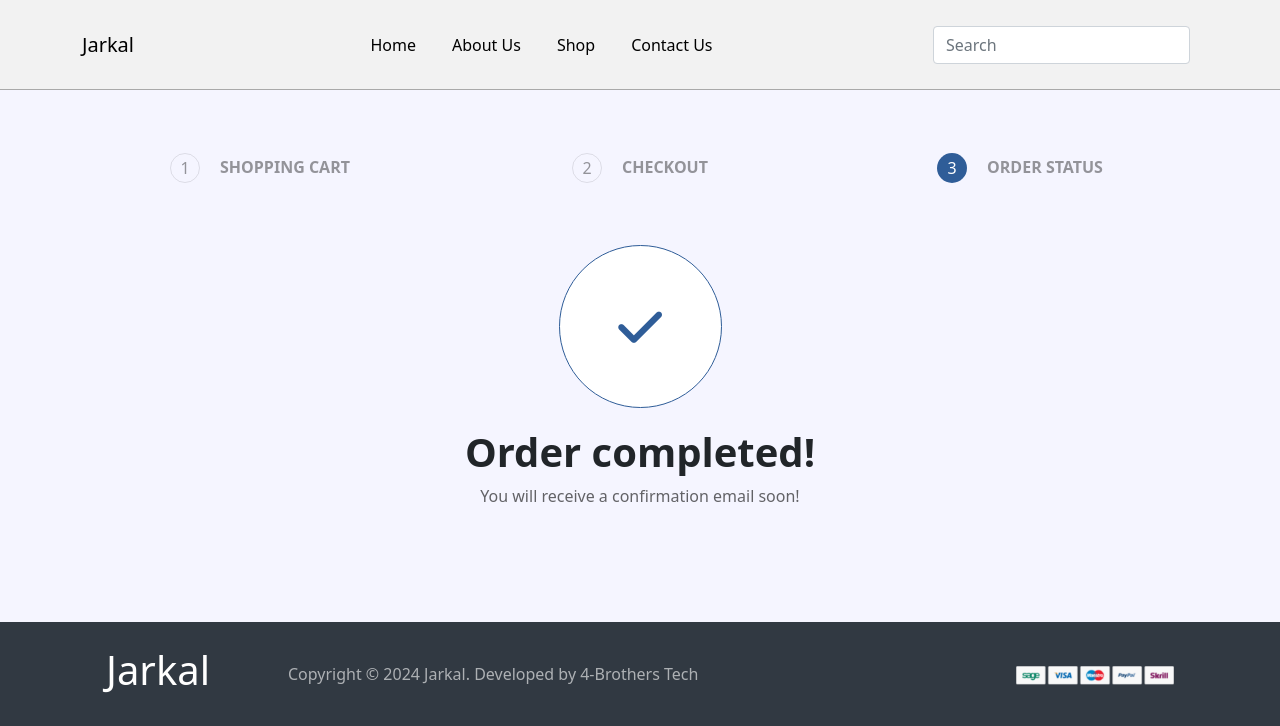
Repository: ZainAkbar51214/jarka
Page: order-status.html
The author's editor kept a copy of each file at every save. The page is drawn from the files as they stood at one save, then again after the next save.
The browser window is 1280 px wide. The pictures show the whole page.
Some web libraries are served in a nearby version.

Above is the page before, as saved 2024-06-13 00:29:48.
Console error: TypeError: Cannot read properties of null (reading 'getElementsByTagName')

### order-status.html
<!DOCTYPE html>
<html lang="en">
<head>
    <meta charset="UTF-8">
    <meta name="viewport" content="width=device-width, initial-scale=1.0">
    <title>Order Status</title>
     <!-- jquery cdn -->
     <script src="https://ajax.googleapis.com/ajax/libs/jquery/3.2.1/jquery.min.js"></script>

     <!-- Bootstrap cdn -->
     <link href="https://cdn.jsdelivr.net/npm/bootstrap@5.0.2/dist/css/bootstrap.min.css" rel="stylesheet"
         integrity="sha384-EVSTQN3/azprG1Anm3QDgpJLIm9Nao0Yz1ztcQTwFspd3yD65VohhpuuCOmLASjC" crossorigin="anonymous">

     <!-- Fontawesome cdn -->
     <link rel="stylesheet" href="https://cdnjs.cloudflare.com/ajax/libs/font-awesome/6.4.0/css/all.min.css"
         integrity="sha512-iecdLmaskl7CVkqkXNQ/ZH/XLlvWZOJyj7Yy7tcenmpD1ypASozpmT/E0iPtmFIB46ZmdtAc9eNBvH0H/ZpiBw=="
         crossorigin="anonymous" referrerpolicy="no-referrer" />
     <!-- custom css -->
     <link rel="stylesheet" href="css/style.css">
     <!-- responsive css -->
     <link rel="stylesheet" href="css/responsive.css">

     <!-- slider  -->
     <link rel="stylesheet" href="https://cdnjs.cloudflare.com/ajax/libs/slick-carousel/1.8.1/slick-theme.css"
         integrity="sha512-6lLUdeQ5uheMFbWm3CP271l14RsX1xtx+J5x2yeIDkkiBpeVTNhTqijME7GgRKKi6hCqovwCoBTlRBEC20M8Mg=="
         crossorigin="anonymous" referrerpolicy="no-referrer" />
     <link rel="stylesheet" href="https://cdnjs.cloudflare.com/ajax/libs/slick-carousel/1.8.1/slick-theme.min.css"
         integrity="sha512-17EgCFERpgZKcm0j0fEq1YCJuyAWdz9KUtv1EjVuaOz8pDnh/0nZxmU6BBXwaaxqoi9PQXnRWqlcDB027hgv9A=="
         crossorigin="anonymous" referrerpolicy="no-referrer" />
     <link rel="stylesheet" href="https://cdnjs.cloudflare.com/ajax/libs/slick-carousel/1.8.1/slick.css"
         integrity="sha512-wR4oNhLBHf7smjy0K4oqzdWumd+r5/+6QO/vDda76MW5iug4PT7v86FoEkySIJft3XA0Ae6axhIvHrqwm793Nw=="
         crossorigin="anonymous" referrerpolicy="no-referrer" />
     <link rel="stylesheet" href="https://cdnjs.cloudflare.com/ajax/libs/slick-carousel/1.8.1/slick.min.css"
         integrity="sha512-yHknP1/AwR+yx26cB1y0cjvQUMvEa2PFzt1c9LlS4pRQ5NOTZFWbhBig+X9G9eYW/8m0/4OXNx8pxJ6z57x0dw=="
         crossorigin="anonymous" referrerpolicy="no-referrer" />
</head>
<body>
    <div class="container-fluid nav_main">
        <div class="container">
            <div class="row">
                <div class="col-md-12">
                    <nav class="navbar navbar-expand-lg navbar-light">
                        <a class="navbar-brand" href="index.html">Jarkal</a>
                        <button class="navbar-toggler" type="button" data-bs-toggle="collapse"
                            data-bs-target="#navbarSupportedContent" aria-controls="navbarSupportedContent"
                            aria-expanded="false" aria-label="Toggle navigation">
                            <span class="navbar-toggler-icon"></span>
                        </button>
                        <div class="collapse navbar-collapse" id="navbarSupportedContent">
                            <ul class="navbar-nav nav_ul mx-auto mb-2 mb-lg-0">
                                <li class="nav-item">
                                    <a class="nav-link active" aria-current="page" href="index.html">Home</a>
                                </li>
                                <li class="nav-item">
                                    <a class="nav-link" href="about-us.html">About Us</a>
                                </li>
                                <li class="nav-item">
                                    <a class="nav-link" href="shop.html">Shop</a>
                                </li>
                                <li class="nav-item">
                                    <a class="nav-link" href="contact-us.html">Contact Us</a>
                                </li>



                            </ul>
                            <form class="d-flex search-nav">
                                <input class="form-control me-2" type="search" placeholder="Search" aria-label="Search">
                            </form>
                        </div>
                    </nav>
                </div>
            </div>
        </div>
    </div>

     <!-- Hero Section -->

     <div class="container-fluid shoping-cart-main" style="min-height: 60vh;">
        <div class="container">
            <div class="row">
                <div class="col-md-4 shoping-cart1 shoping-cart-flex">
                    <span>1</span><p>SHOPPING CART</p>
                </div>
                <div class="col-md-4 checkout-cart1 shoping-cart-flex">
                    <span>2</span><p>CHECKOUT</p>
                </div>
                <div class="col-md-4 order-cart  shoping-cart-flex">
                    <span>3</span><p>ORDER STATUS</p>
                </div>
            </div>
            <!--  -->
            <div class="row order-complete-row">
                <div class="col-md-12 order-complete-col">
                    <div class="order-complete-i">
                        <div class="d-flex justify-content-center align-items-center">
                            <div class="radiu">
                                <i class="fa-solid fa-check"></i>
                            </div>
                        </div>
                        <h1>Order completed!</h1>
                        <p>You will receive a confirmation email soon!</p>
                    </div>
                </div>
            </div>
            <!--  -->
        </div>
    </div>
     <!-- Footer -->
     <div class="container-fluid footer-bg">
        <div class="container">

            <div class="row p-4 align-items-center">
                <div class="col-md-2">
                    <h1>Jarkal</h1>
                </div>
                <div class="col-md-8 footer-last">
                    <span class="para">Copyright © 2024 Jarkal. Developed by 4-Brothers Tech</span>
                </div>
                <div class="col-md-2 d-flex align-items-end">
                    <a href=""><img src="img/Payment 1.png" width="100%" alt=""></a>
                </div>
            </div>
        </div>
    </div>


    <!-- Custom Js -->
    <script src="js/slider-jquery.js"></script>
    <!-- Bootstrap script -->
    <script src="https://cdn.jsdelivr.net/npm/@popperjs/core@2.9.2/dist/umd/popper.min.js" integrity="sha384-IQsoLXl5PILFhosVNubq5LC7Qb9DXgDA9i+tQ8Zj3iwWAwPtgFTxbJ8NT4GN1R8p" crossorigin="anonymous"></script>
    <script src="https://cdn.jsdelivr.net/npm/bootstrap@5.0.2/dist/js/bootstrap.min.js" integrity="sha384-cVKIPhGWiC2Al4u+LWgxfKTRIcfu0JTxR+EQDz/bgldoEyl4H0zUF0QKbrJ0EcQF" crossorigin="anonymous"></script>
</body>
</html>

### css/responsive.css
@media (max-width: 1199px) {
    .counter-bor {
        width: 70px;
    }
}

@media (max-width: 991px) {
    .nav_main {
        background-color: #F2F2F2;
        height: auto;
        display: flex;
        align-items: center;
        border-bottom: none;
    }

    #thumbnails img {
        width: 100px;
        height: 100px;
        margin: 2px;
        cursor: pointer;
        padding: 10px;
    }
}

@media (max-width: 780px) {
    .nav_main {
        background-color: #F2F2F2;
        height: auto;
        display: flex;
        align-items: center;
        border-bottom: none;
    }
}

@media (max-width: 780px) {
    .shoping-cart-flex {
        display: flex;
        justify-content: start;
        align-items: center;
    }
}

@media (max-width: 767px) {
    .input-col .btn-all {
        margin-top: 0px !important;
        width: 100%;
        height: 47px;
        margin-top: 10px !important;
    }
}

@media (max-width: 475px) {
    .sec-bg {
        background-image: url(../img/WhatsApp\ Image\ 2024-06-10\ at\ 10.41.28\ PM.jpeg);
        background-position: center;
        background-repeat: no-repeat;
        background-size: cover;
        width: 100%;
        min-height: 471px;
        display: flex;
        align-items: center;
        margin-top: 30px;
        padding: 0px;
    }
    .shop-bg{
        background-position: center !important;
    }

    #thumbnails img {
        width: 85px;
        height: 85px;
        margin: 2px;
        cursor: pointer;
        padding: 10px;
    }
    #main{
        height: 100%!important;
        padding: 0 !important;
    }


    .wrapper {
        padding: 10px 0;
    }

    .right_nav a {
        margin: 5px;
    }

    .bg-linear {
        background-image: linear-gradient(to right, rgba(217, 217, 217, 0.68), rgba(217, 217, 217, 0));
        border-radius: 20px;
    }

    .bg-linear img {
        z-index: -1;
        position: relative;
        border-radius: 20px;
        width: 100%;
    }

    .lookout-col-two {
        margin-top: 30px;
    }

    .box img {
        width: 100%;
    }

    .btn-all {
        background-color: #2F5D98;
        border-radius: 100px;
        font-size: 16px;
        padding-left: 20px;
        padding-right: 20px;
        margin-top: 20px;
        border: transparent !important;
    }

    .btn-all:hover {
        background-color: #2F5D98;
    }

    .shop-our {
        margin-top: 50px;
    }

    .slick-prev {
        display: none !important;
    }

    .slick-next {
        display: none !important;
    }

    .my-slider {
        padding: 0px;
    }
    .my-slider2 {
        padding: 5px;
    }
    .my-slider2 .slick-list .slick-track .slick-slide div .row .col-md-6 img{
        margin-left: 25px !important;
    }
    .review-col{
        text-align: center;
        margin-left: 25px;
    }
    .footer-col-1 {
        display: flex;
        justify-content: center;
    }

    .footer-col-2 {
        text-align: center;
        margin-top: 20px;
    }

    .company-footer h5 {
        opacity: 0.6;
        margin-top: 50px;
    }

    .footer-right h5 {
        margin-top: 50px;
    }

    .input-col button {
        margin-top: 20px !important;
        width: 100%;
        height: 47px;
    }

    .input-col {
        display: flex;
        justify-content: center;
        align-items: center;
        flex-direction: row;
    }

    .leave-review-input-row{
        margin-top: 0;
    }

    /* About Css */
    .about-hero-img {
        margin-top: 0px;
        order: -1;
    }

    .about-hero-text {
        margin-top: 20px;
    }

    .approximately-img-col img {
        width: 100% !important;
    }

    .approximately-text-col {
        margin-top: 20px;
        text-align: center;
    }

    .btn-cart {
        display: flex;
        justify-content: center;
        margin-top: 20px;
    }
}

@media (max-width: 320px) {
    .bg-linear {
        background-image: linear-gradient(to right, rgba(217, 217, 217, 0.68), rgba(217, 217, 217, 0));
        border-radius: 20px;
    }

    .bg-linear img {
        z-index: -1;
        position: relative;
        border-radius: 20px;
        width: 100%;
    }

    .my-slider {
        padding: 10px;
    }

    .lookout-col-two {
        margin-top: 30px;
    }

    .box img {
        width: 100%;
    }

    .box h6 {
        font-size: 10px;
    }

    .box p {
        font-size: 10px;
    }

    .star {
        display: flex;
        width: 60px;
        margin: 0 auto;

    }

    #star {
        font-size: 14px;
        flex: 1;
        text-align: center;
        cursor: pointer;
        border-radius: 100%;
        transition: 1s;
        margin-bottom: 10px;
    }

    .btn-all {
        background-color: #2F5D98;
        border-radius: 100px;
        font-size: 10px;
        padding-left: 10px;
        padding-right: 10px;
        margin-top: 20px;
        border: transparent !important;
    }

    .btn-all:hover {
        background-color: #2F5D98;
    }

    .review-col {
        margin-top: 50px;
    }

    .footer-col-1 {
        display: flex;
        justify-content: center;
    }

    .footer-col-2 {
        text-align: center;
        margin-top: 20px;
    }

    .company-footer h5 {
        opacity: 0.6;
        margin-top: 50px;
    }

    #thumbnails img {
        width: 80px;
        height: 80px;
        margin: 2px;
        cursor: pointer;
        padding: 10px;
    }

    .people-comment-col h5 {
        font-weight: 400;
        font-size: 17px !important;
        margin-top: 20px;
    }

    .leave-review-col-main .star #star {
        font-size: 10px;
    }
}

Loaded but not shown: js/slider-jquery.js (146 lines, source omitted); css/style.css (1466 lines, source omitted)

After the next save:
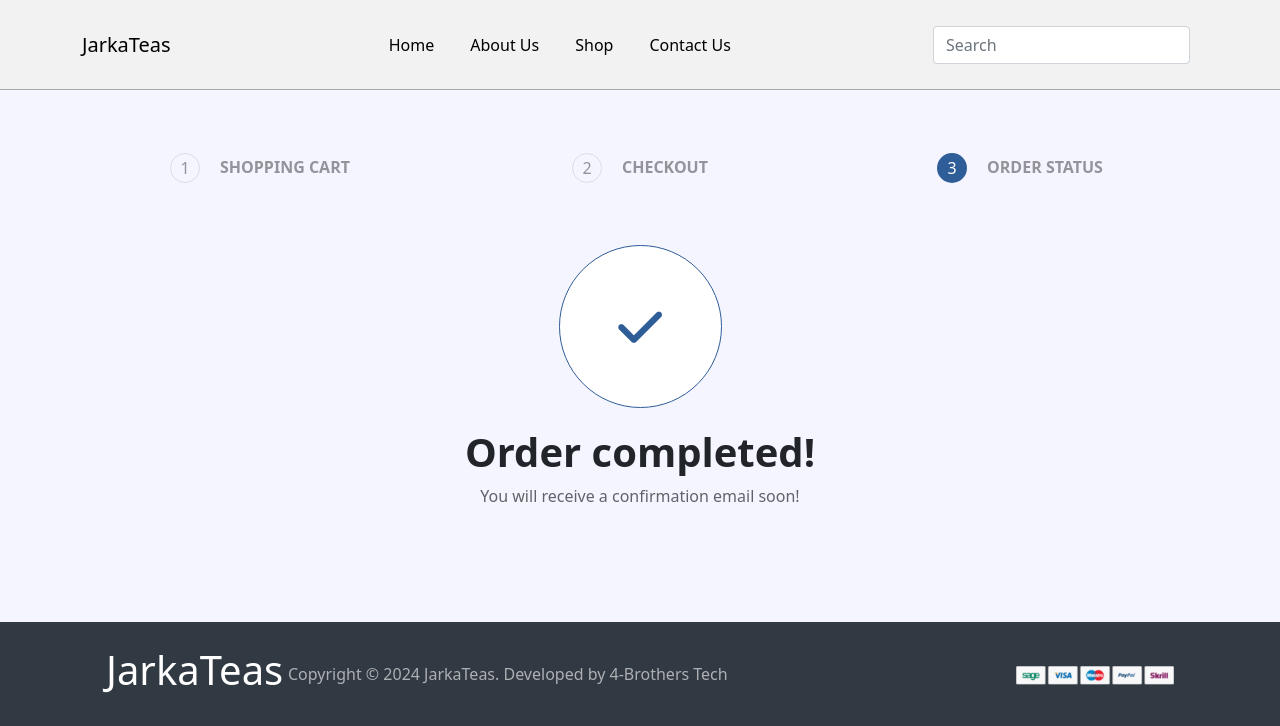
Saved 1 s later.
--- a/order-status.html
+++ b/order-status.html
@@ -40,7 +40,7 @@
             <div class="row">
                 <div class="col-md-12">
                     <nav class="navbar navbar-expand-lg navbar-light">
-                        <a class="navbar-brand" href="index.html">Jarkal</a>
+                        <a class="navbar-brand" href="index.html"> JarkaTeas</a>
                         <button class="navbar-toggler" type="button" data-bs-toggle="collapse"
                             data-bs-target="#navbarSupportedContent" aria-controls="navbarSupportedContent"
                             aria-expanded="false" aria-label="Toggle navigation">
@@ -112,10 +112,10 @@
 
             <div class="row p-4 align-items-center">
                 <div class="col-md-2">
-                    <h1>Jarkal</h1>
+                    <h1> JarkaTeas</h1>
                 </div>
                 <div class="col-md-8 footer-last">
-                    <span class="para">Copyright © 2024 Jarkal. Developed by 4-Brothers Tech</span>
+                    <span class="para">Copyright © 2024  JarkaTeas. Developed by 4-Brothers Tech</span>
                 </div>
                 <div class="col-md-2 d-flex align-items-end">
                     <a href=""><img src="img/Payment 1.png" width="100%" alt=""></a>
